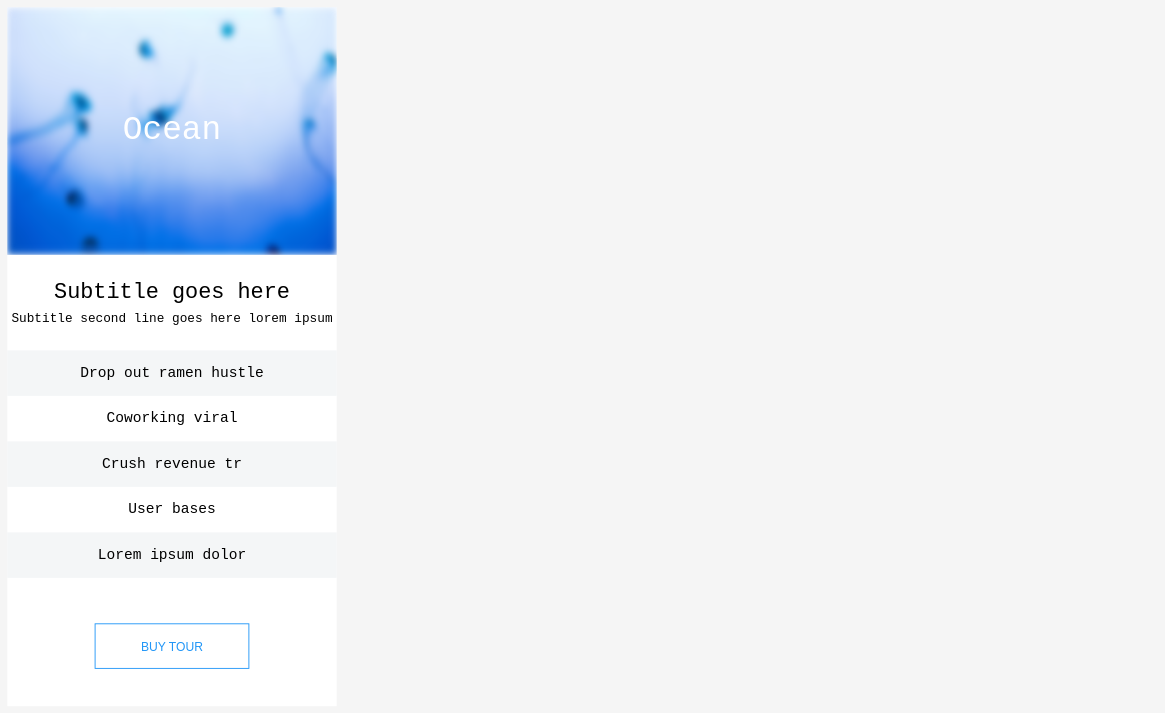
Repository: HoanTiny/pricetable
Page: index.html
The author's editor kept a copy of each file at every save. The page is drawn from the files as they stood at one save, then again after the next save.
The browser window is 1280 px wide. The pictures show the whole page, at 91% of full size.

Above is the page before, as saved 2022-07-04 10:23:14.

### index.html
<!DOCTYPE html>
<html lang="en">
    <head>
        <meta charset="UTF-8" />
        <meta http-equiv="X-UA-Compatible" content="IE=edge" />
        <meta name="viewport" content="width=device-width, initial-scale=1.0" />
        <title>PriceTable</title>
        <link rel="stylesheet" href="./assests/css/style.css" />
    </head>
    <body>
        <div class="container">
            <div class="price-table">
                <div class="img">
                    <img src="./assests/img/ocean.png" alt="logo" />
                    <span>Ocean</span>
                </div>
                <div class="title">
                    <div class="title_header">
                        <p>Subtitle goes here</p>
                        <span>Subtitle second line goes here lorem ipsum</span>
                    </div>
                    <div class="title_list">
                        <ul>
                            <li>Drop out ramen hustle</li>
                            <li>Coworking viral</li>
                            <li>Crush revenue tr</li>
                            <li>User bases</li>
                            <li>Lorem ipsum dolor</li>
                        </ul>
                    </div>
                    <div class="title_btn">
                        <button type="">Buy Tour</button>
                    </div>
                </div>
            </div>
        </div>
    </body>
</html>

### assests/css/style.css
body {
    background-color: #f5f5f5;
    font-family: "Courier New", Courier, monospace;
    font-size: 14px;
    line-height: 1.5;
}

* {
    box-sizing: border-box;
}

.container {
    display: flex;
}

.price-table {
    width: 362px;
    height: 768px;
    background-color: #fff;
}

.img {
    position: relative;
    height: 272px;
    width: 100%;
}

.img span {
    position: absolute;
    top: 50%;
    left: 50%;
    transform: translate(-50%, -50%);
    font-size: 36px;
    color: #fff;
}

img {
    width: 100%;
    height: 100%;
}

.title_header {
    text-align: center;
    margin: 24px 0;
}

.title_header p {
    font-size: 24px;
    margin: 0;
}

.title_header span {
    font-size: 14px;
}

.title_list ul {
    text-align: center;
    padding-left: 0;
    list-style: none;
}

.title_list ul li {
    font-size: 16px;
    height: 50px;
    line-height: 50px;
}

.title_list ul li:nth-child(odd) {
    background-color: #f4f6f7;
}

.title_btn {
    margin-top: 50px;
    text-align: center;
}

.title_btn button {
    width: 170px;
    height: 50px;
    border: 1px solid #2196f7;
    background-color: #fff;
    text-transform: uppercase;
    color: #2196f7;
}

After the next save:
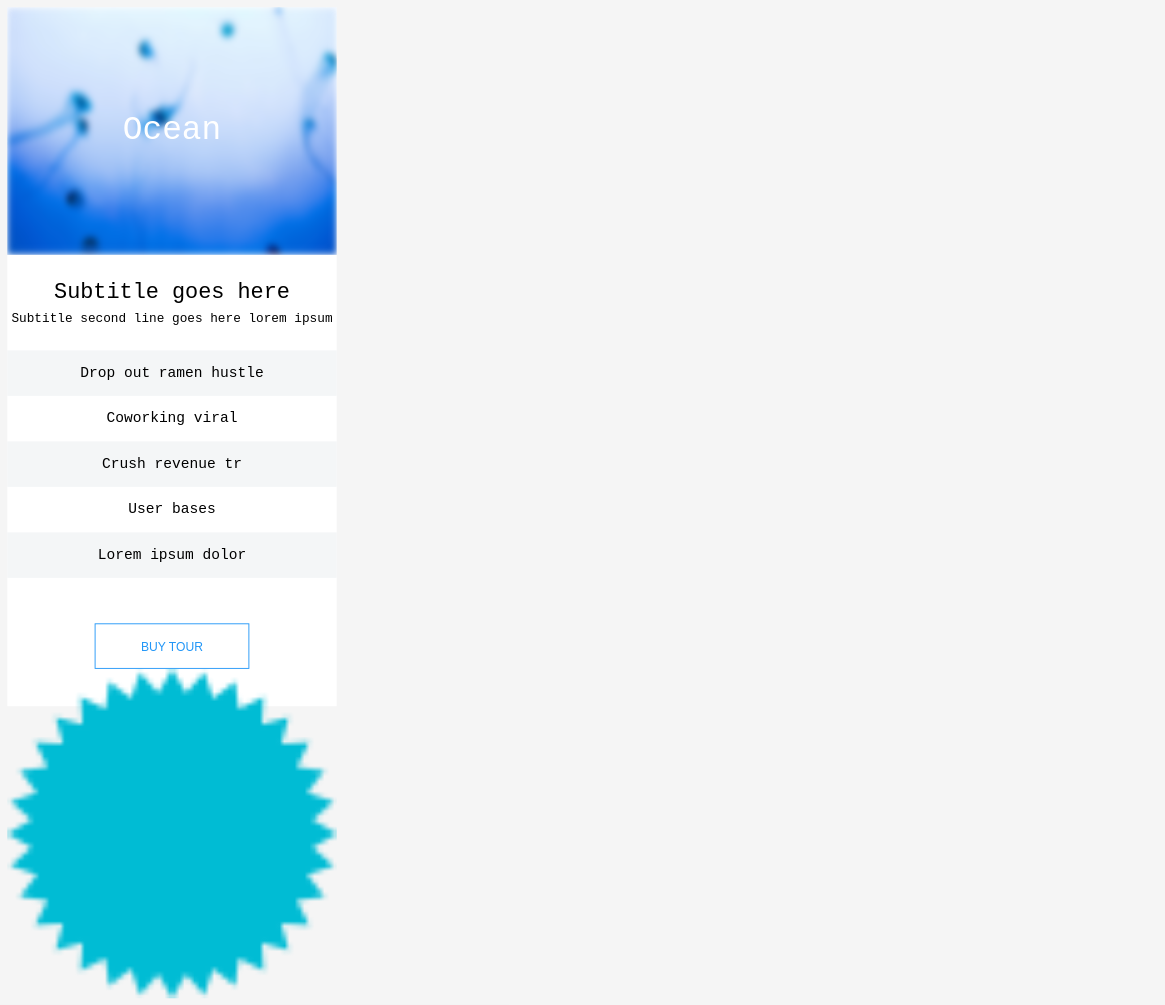
Saved 41 s later.
--- a/index.html
+++ b/index.html
@@ -31,6 +31,9 @@
                     <div class="title_btn">
                         <button type="">Buy Tour</button>
                     </div>
+                    <div class="logo">
+                        <img src="./assests/img/newmark.png" alt="logo" />
+                    </div>
                 </div>
             </div>
         </div>
